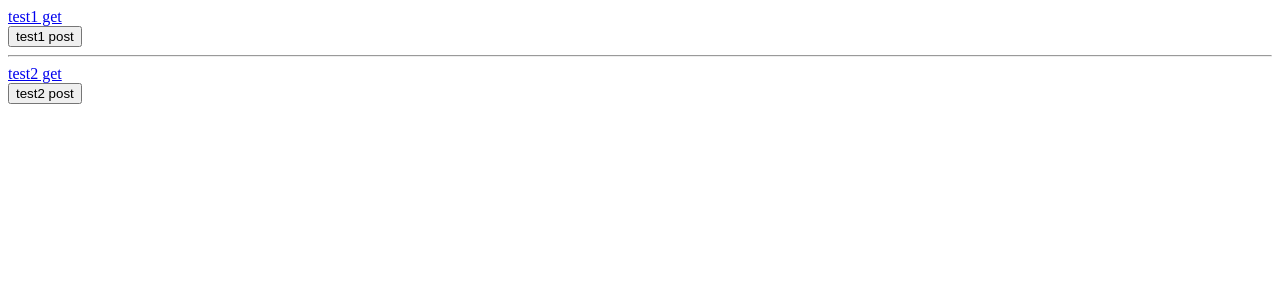
Repository: sudale/java_study
Page: http://localhost/RequestMethod/
The author's editor kept a copy of each file at every save. The page is drawn from the files as they stood at one save, then again after the next save.
The browser window is 1280 px wide. The pictures show the whole page.
The page is served by Tomcat 9. Other server files are loaded and not shown.

Above is the page before, as saved 2022-12-08 05:10:27.

### RequestMethod/WebContent/WEB-INF/views/index.jsp
<%@ page language="java" contentType="text/html; charset=UTF-8"
	pageEncoding="UTF-8"%>
<!DOCTYPE html>
<html>
<head>
<meta charset="UTF-8">
<title>Insert title here</title>
</head>
<body>
	<a href='test1'>test1 get</a>
	<br />
	<form action='test1' method='post'>
		<button type='submit'>test1 post</button>
	</form>

	<hr />

	<a href='test2'>test2 get</a>
	<br />
	<form action='test2' method='post'>
		<button type='submit'>test2 post</button>
	</form>

</body>
</html>

After the next save:
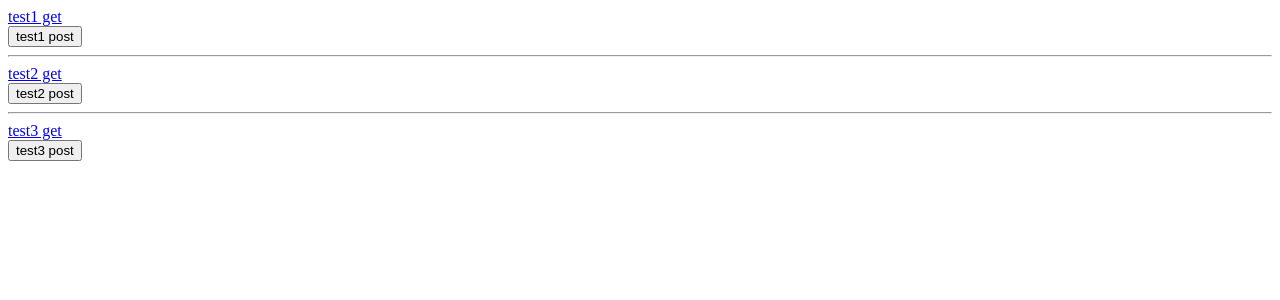
Saved 96 s later.
--- a/RequestMethod/WebContent/WEB-INF/views/index.jsp
+++ b/RequestMethod/WebContent/WEB-INF/views/index.jsp
@@ -21,5 +21,13 @@
 		<button type='submit'>test2 post</button>
 	</form>
 
+	<hr />
+
+	<a href='test2'>test3 get</a>
+	<br />
+	<form action='test2' method='post'>
+		<button type='submit'>test3 post</button>
+	</form>
+
 </body>
 </html>
